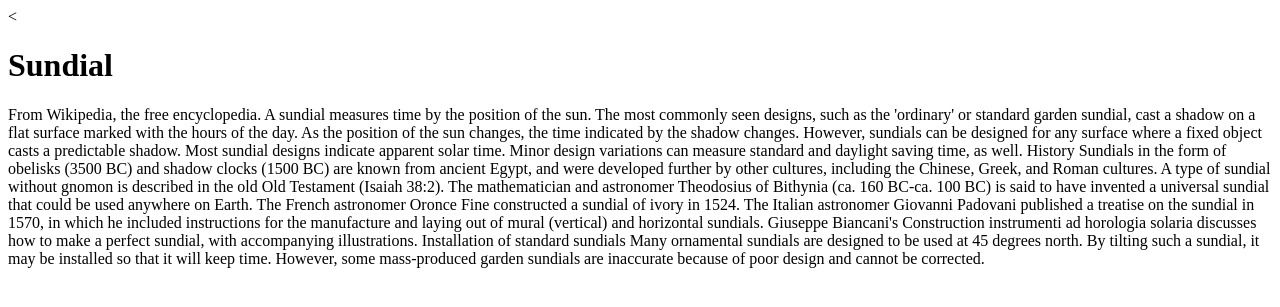
Repository: 9-5-pursuit/lab-intro-to-html
Page: sundial.html
The author's editor kept a copy of each file at every save. The page is drawn from the files as they stood at one save, then again after the next save.
The browser window is 1280 px wide. The pictures show the whole page.

Above is the page before, as saved 2023-02-27 16:10:08.

After the next save:
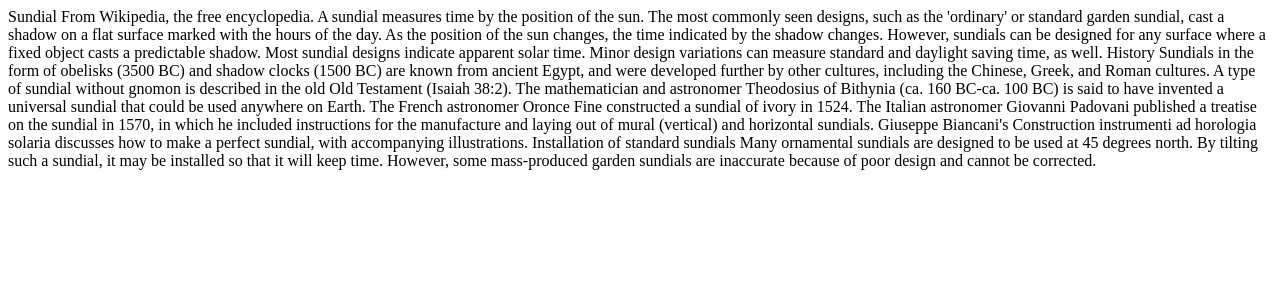
Saved 7 s later.
--- a/sundial.html
+++ b/sundial.html
@@ -7,7 +7,7 @@
     <title>Sundial</title>
   </head>
   <body>
-    <
+    <head
     <h1>Sundial</h1>
     From Wikipedia, the free encyclopedia. A sundial measures time by
     the position of the sun. The most commonly seen designs, such as the
